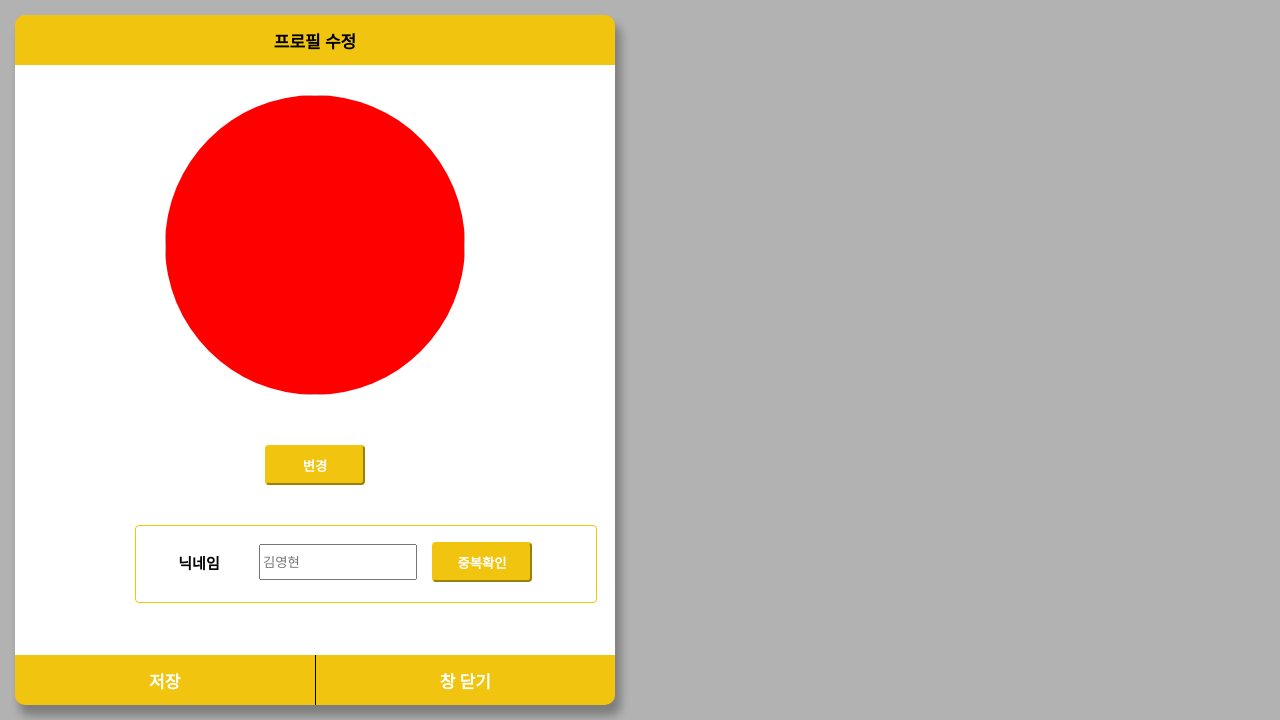
Repository: Corn-Market/Front-end
Page: http://localhost/CornMarket/resources/views/popup_profile_update.jsp
The author's editor kept a copy of each file at every save. The page is drawn from the files as they stood at one save, then again after the next save.
The browser window is 1280 px wide. The pictures show the whole page.
The page is served by Tomcat 9.

Above is the page before, as saved 2022-12-19 06:29:34.

After the next save:
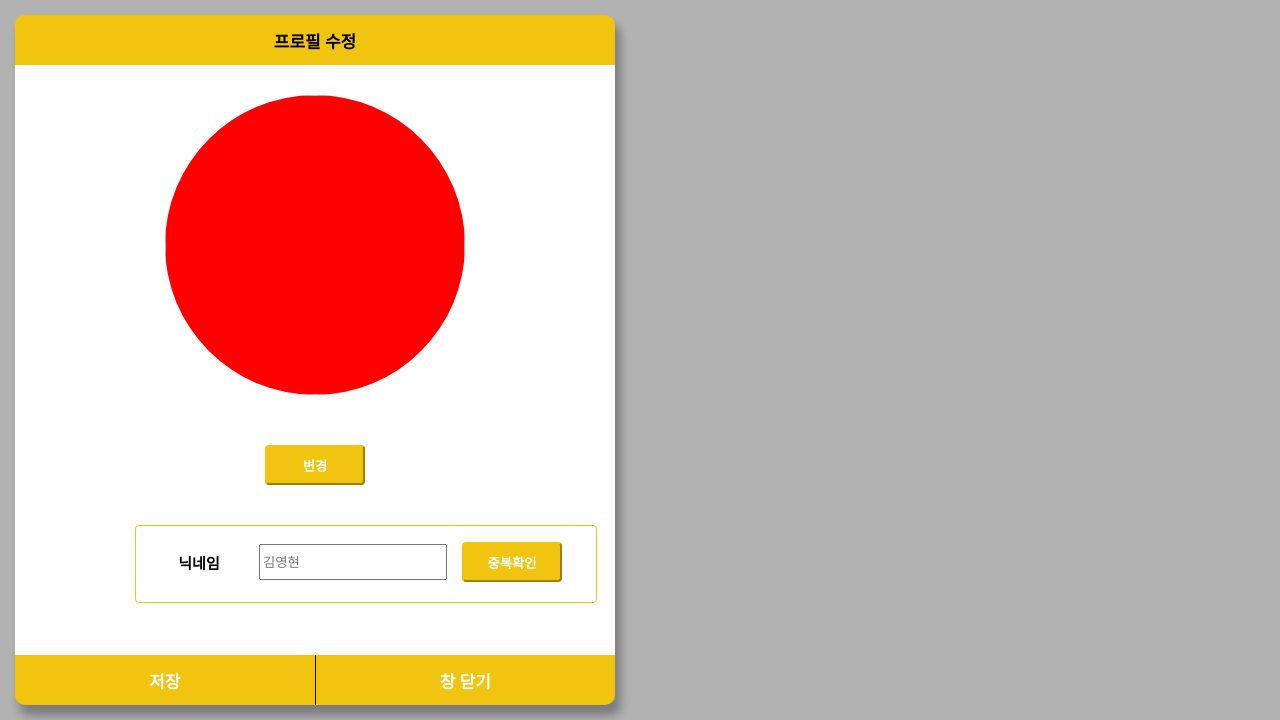
Saved 27 s later.
--- a/CornMarket/src/main/webapp/resources/css/popup_update.css
+++ b/CornMarket/src/main/webapp/resources/css/popup_update.css
@@ -90,7 +90,7 @@
 }
 
 .update_nickname{
-    width:150px;
+    width:180px;
     height:30px;
     margin-top: 5px;
     margin-right: 15px;
